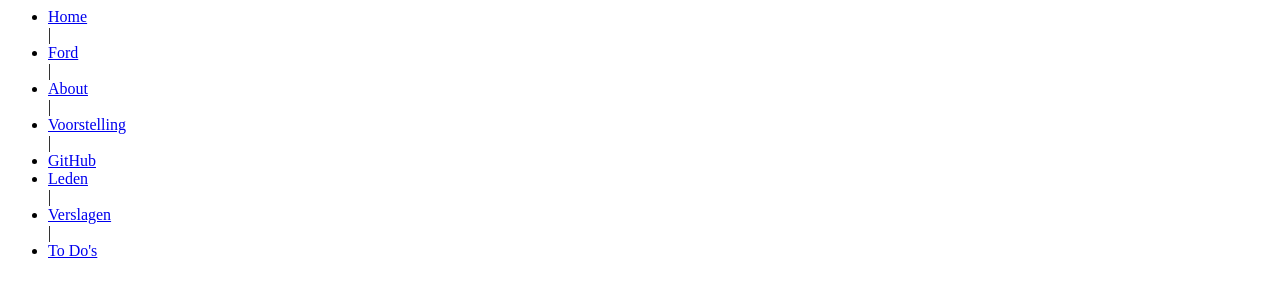
Repository: Selman555/ITTopics2
Page: Topics2Project/codeigniter/application/views/templates/footer.html
The author's editor kept a copy of each file at every save. The page is drawn from the files as they stood at one save, then again after the next save.
The browser window is 1280 px wide. The pictures show the whole page.

Above is the page before, as saved 2013-10-01 15:45:40.

### Topics2Project/codeigniter/application/views/templates/footer.html
<footer>
	<section>
		<p>
			<ul>
				<li><a href="index.php">Home</a></li> |
				<li><a href="http://www.ford.be/" target="_blank">Ford</a></li> |
				<li><a href="#">About</a></li> |
				<li><a href="#">Voorstelling</a></li> |
				<li><a href="https://github.com/Selman555/ITTopics2/blob/master/Topics2Project/www/index.html" target="_blank">
					GitHub
				</a></li>
				<li><a href="groepsleden.php">Leden</a></li> |
				<li><a href="#">Verslagen</a></li> |
				<li><a href="todo.html">To Do's</a></li>
			</ul>
		</p>
	</section>
</footer>

After the next save:
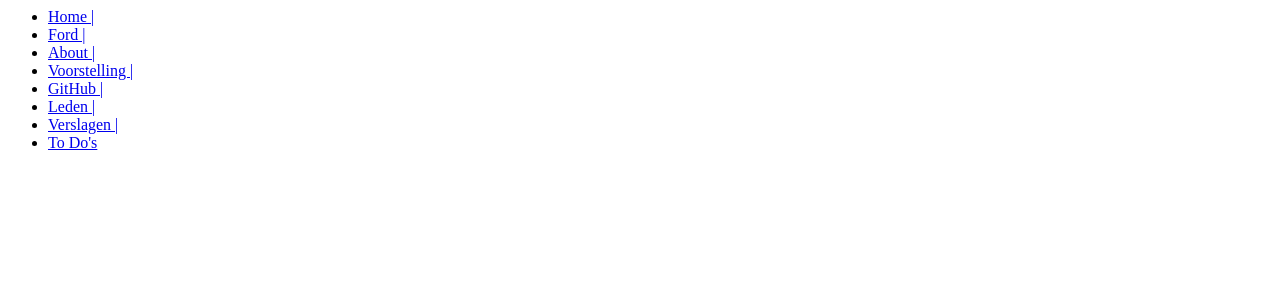
Saved 2 min 14 s later.
--- a/Topics2Project/codeigniter/application/views/templates/footer.html
+++ b/Topics2Project/codeigniter/application/views/templates/footer.html
@@ -2,15 +2,15 @@
 	<section>
 		<p>
 			<ul>
-				<li><a href="index.php">Home</a></li> |
-				<li><a href="http://www.ford.be/" target="_blank">Ford</a></li> |
-				<li><a href="#">About</a></li> |
-				<li><a href="#">Voorstelling</a></li> |
+				<li><a href="index.php">Home | </a></li>
+				<li><a href="http://www.ford.be/" target="_blank">Ford | </a></li>
+				<li><a href="#">About | </a></li>
+				<li><a href="#">Voorstelling | </a></li>
 				<li><a href="https://github.com/Selman555/ITTopics2/blob/master/Topics2Project/www/index.html" target="_blank">
-					GitHub
+					GitHub |
 				</a></li>
-				<li><a href="groepsleden.php">Leden</a></li> |
-				<li><a href="#">Verslagen</a></li> |
+				<li><a href="groepsleden.php">Leden | </a></li>
+				<li><a href="#">Verslagen | </a></li>
 				<li><a href="todo.html">To Do's</a></li>
 			</ul>
 		</p>
